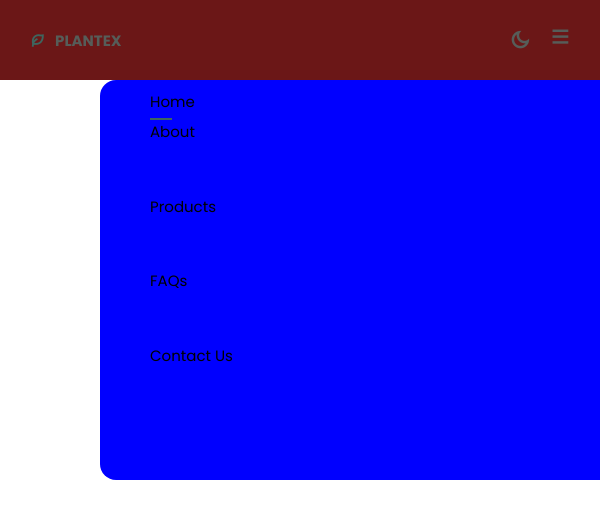
Repository: OmniaRafat232111121/plantwebsite
Page: index.html
These files come from the project's save history. The page is drawn as it stood at one moment and after a run of saves; the edit follows.
The browser window is 600 px wide. The pictures show the whole page.
After loading, the first visible `#navToggle` was clicked once.

Above is the page before, as saved 2023-01-04 15:38:29.

After the next 3 saves:
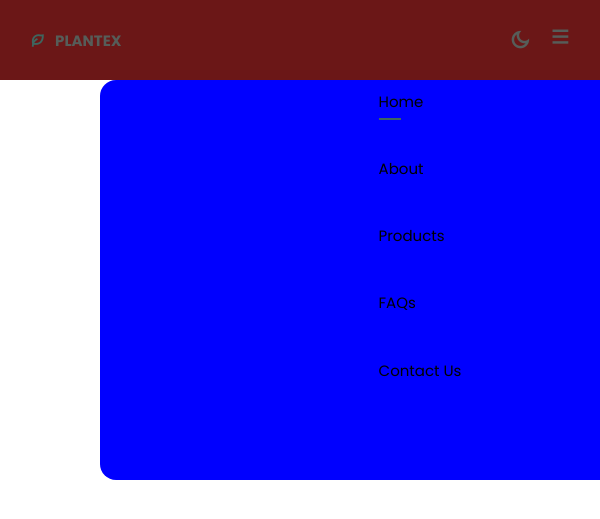
The 3 saves are shown as one change because they came seconds apart.
The last was saved 15 s later.
--- a/assets/css/styles.css
+++ b/assets/css/styles.css
@@ -230,7 +230,7 @@ display: none;
     transition: .3s;
     z-index: 1000;
     display:grid;
-    grid-template-rows: 30px;
+  justify-content: center;
     padding: 10px;
 
 
